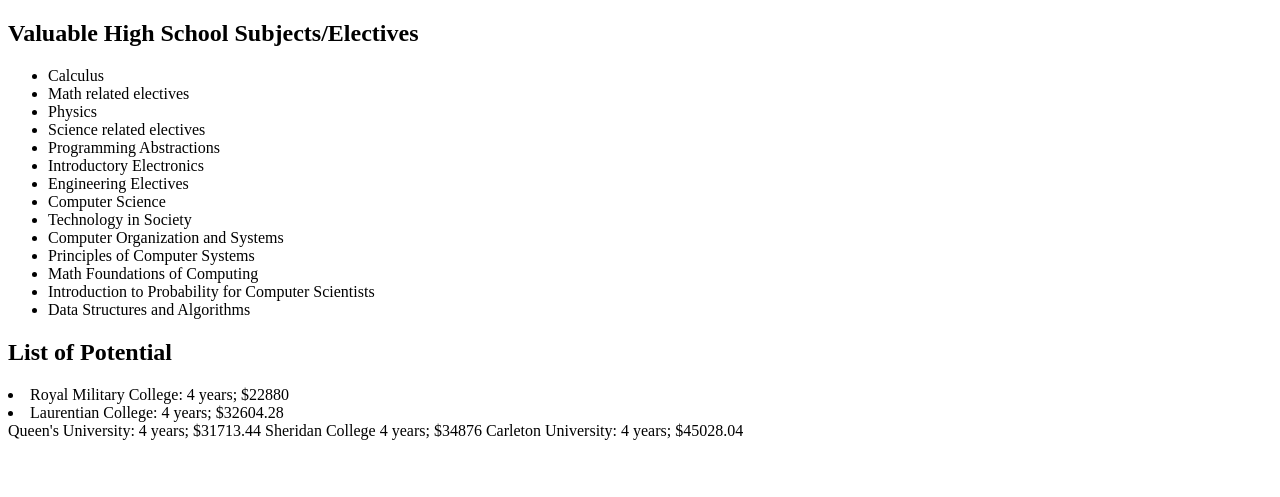
Repository: soerik/1soerik.github.io
Page: index.html
The author's editor kept a record of every edit. The page is drawn from the files as they stood at one moment, then again after the next edit.
The browser window is 1280 px wide. The pictures show the whole page.

Above is the page before.

After the next edit:
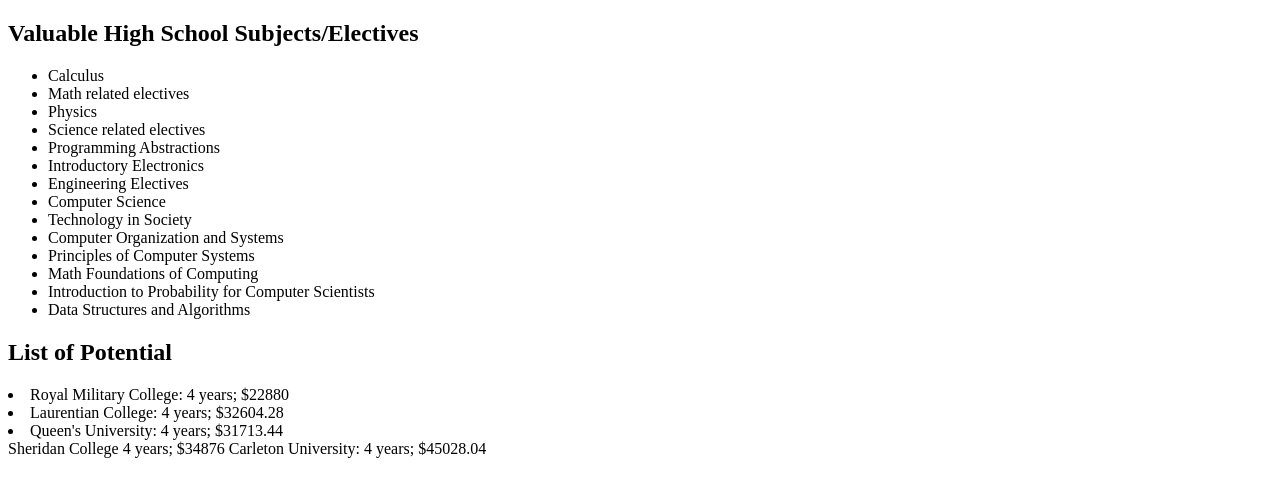
The edit:
--- a/index.html
+++ b/index.html
@@ -28,7 +28,7 @@
 4 years; $22880</li>
 <li>Laurentian College:
 4 years; $32604.28</li>
-Queen's University:
+<li>Queen's University:
 4 years; $31713.44</li>
 Sheridan College
 4 years; $34876</li>
